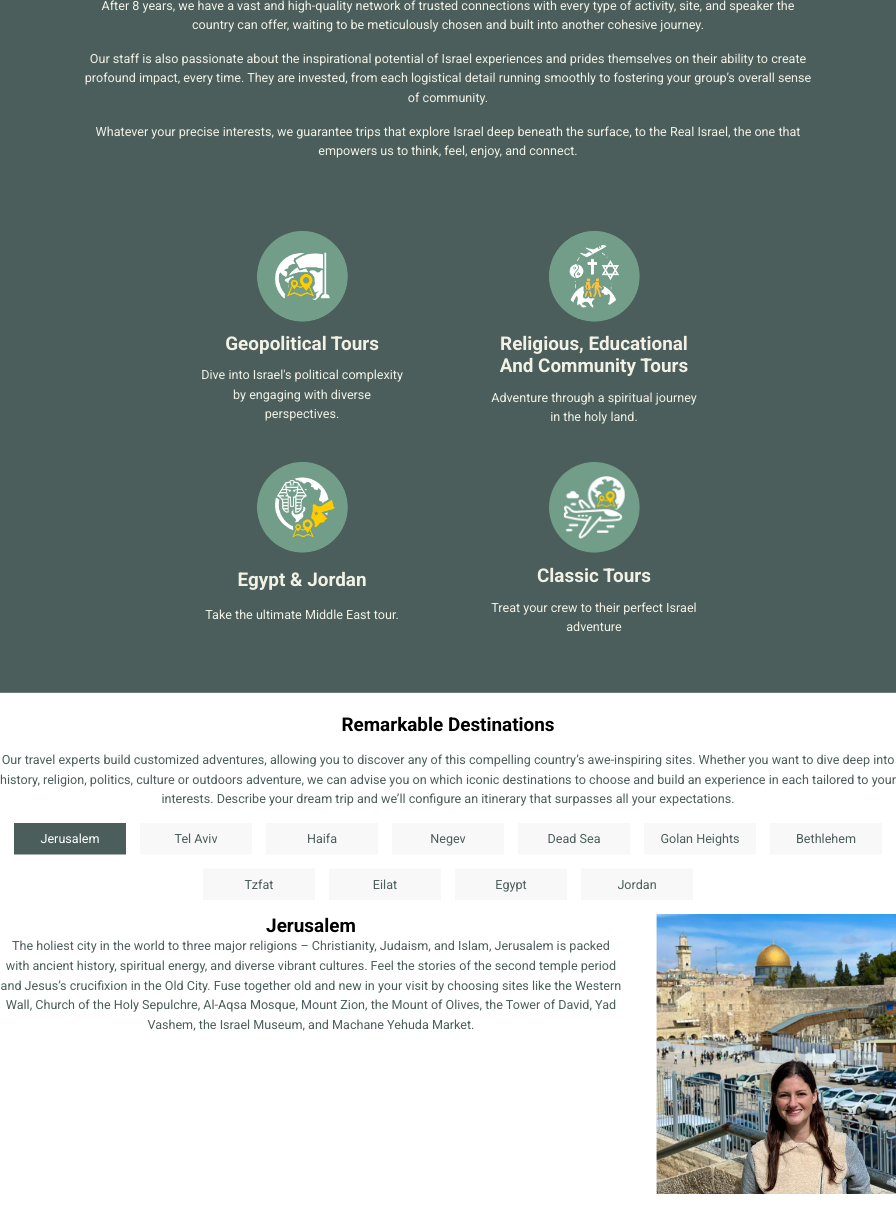
Repository: Pafestivo/realIsraelTours
Page: / (app in frontend/)
An editor plug-in stored every save of this project. The page is shown before and after a run of saves, followed by the edit.
The browser window is 1280 px wide. The pictures show the part of the page from y = 904 to 2824 px (the page is 2630 px tall before and 2824 px after), at 70% of full size.
The project was rebuilt for these pictures with package versions that can differ from the ones it lists, and the page was loaded fresh each time. The framework's server and built-in components were replaced by stand-ins that run in the browser. Also part of the build but not shown: frontend/next.config.js. Imported but missing from the stored project, and not drawn on this page: frontend/src/assets/videoBG.mp4.

Above is the page before, as saved 2023-09-20 17:22:52.

### frontend/src/app/layout.tsx
import type { Metadata } from "next";
import "@/styles/globals.css";
import { roboto } from "@/app/fonts";
import { config } from "@fortawesome/fontawesome-svg-core";
import "@fortawesome/fontawesome-svg-core/styles.css";
config.autoAddCss = false; // Tell Font Awesome to skip adding the CSS automatically since it's being imported above

export const metadata: Metadata = {
  title: "Real Israel Tours",
  description: "Plan your next tour",
};

export default function RootLayout({
  children,
}: {
  children: React.ReactNode;
}) {
  return (
    <html lang="en">
      <body className={roboto.className}>
        <div style={{ overflowX: "hidden" }}>{children}</div>
      </body>
    </html>
  );
}

### frontend/src/app/page.tsx
import Header from "@/components/Header";
import "@/styles/homePage.css";
import BackgroundVideo from "@/components/BackgroundVideo";
import ScrollArrow from "@/components/ScrollArrow";
import TripCard from "@/components/TripCard";
import geoPoliticalIcon from "@/assets/Geopolitical-icon.png";
import religious from "@/assets/Religious-and-educational.png";
import egpyt from "@/assets/Egypt-and-Jordan.png";
import classicTours from "@/assets/classic-tours.png";
import Destinations from "@/components/Destinations";

export default function Home() {
  return (
    <div>
      <Header currentlyActivePage="Home" />
      <div className="cta-div">
        <div className="content">
          <h1>Custom made Israeli adventures</h1>
          <button>
            <span></span>Start Your Journey
          </button>
          <ScrollArrow />
        </div>
        <BackgroundVideo />
      </div>
      <div className="pageContainer">
        <section className="whyTravelWithUs">
          <h1>Why Travel With Real Israel Tours?</h1>
          <p className="info-block">
            We craft experiences that speak to our participants. We are
            long-time hands-on professionals who thoroughly get to know our
            clients and dedicate ourselves optimizing each moment to
            specifically match its participants.
          </p>
          <p className="info-block">
            After 8 years, we have a vast and high-quality network of trusted
            connections with every type of activity, site, and speaker the
            country can offer, waiting to be meticulously chosen and built into
            another cohesive journey.
          </p>
          <p className="info-block">
            Our staff is also passionate about the inspirational potential of
            Israel experiences and prides themselves on their ability to create
            profound impact, every time. They are invested, from each logistical
            detail running smoothly to fostering your group’s overall sense of
            community.
          </p>
          <p className="info-block">
            Whatever your precise interests, we guarantee trips that explore
            Israel deep beneath the surface, to the Real Israel, the one that
            empowers us to think, feel, enjoy, and connect.
          </p>
        </section>

        <section className="tripTypes">
          <TripCard
            image={geoPoliticalIcon}
            tripName="Geopolitical Tours"
            tripDescription="Dive into Israel's political complexity by engaging with diverse perspectives."
          />

          <TripCard
            image={religious}
            tripName="Religious, Educational And Community Tours"
            tripDescription="Adventure through a spiritual journey in the holy land."
          />

          <TripCard
            image={egpyt}
            tripName="Egypt & Jordan"
            tripDescription="Take the ultimate Middle East tour."
          />

          <TripCard
            image={classicTours}
            tripName="Classic Tours"
            tripDescription="Treat your crew to their perfect Israel adventure"
          />
        </section>

        <section className="destinations">
          <Destinations />
        </section>
      </div>
    </div>
  );
}

### frontend/src/styles/globals.css
:root {
  --main-bg-color: #4b5e5b;
  --main-title-color: #F1F1E6;
  --main-text-color: #F1F1E6;
  --accent-orange: #ffc03f;
  --hover-accent-orange: #bd7e00;
}

* {
  padding: 0;
  margin: 0;
  box-sizing: border-box;
}

body {
  font-size: 18px;
  background-color: var(--main-bg-color);
  overflow-x: hidden;
}

p {
  line-height: 28px;
}

a {
  color: inherit;
  text-decoration: none;
}

section {
  margin: 30px 0;
  padding: 20px 120px;
  border: none;
}

.mobile-only {
  display: none;
}

.desktop-only {
  display: block;
}

.activated {
  color: var(--accent-orange);
}

@media screen and (max-width: 768px) {
  section {
    padding: 20px 10px;
  }

  .mobile-only {
    display: block;
  }

  .desktop-only {
    display: none;
  }
}

### frontend/src/app/fonts.tsx
import { Inter, Merriweather, Roboto } from "next/font/google";

export const inter = Inter({ subsets: ["latin"] });

export const merriweather = Merriweather({
  weight: ["400", "700"],
  style: ["normal", "italic"],
  subsets: ["latin"],
  display: "swap",
});

export const roboto = Roboto({
  weight: ["400", "700"],
  style: ["normal", "italic"],
  subsets: ["latin"],
  display: "swap",
});

// export const Mooli = Mooli({
//   weight: ["400", "700"],
//   style: ["normal", "italic"],
//   subsets: ["latin"],
//   display: "swap",
// });

### frontend/src/components/Header.tsx
"use client";
import React, { useEffect, useState } from "react";
import Image from "next/image";
import logo from "@/assets/logo.png";
import "@/styles/header.css";
import Link from "next/link";

interface HeaderProps {
  currentlyActivePage: string;
}

const Header = ({ currentlyActivePage }: HeaderProps) => {
  const [isMenuOpen, setMenuOpen] = useState(false);
  const [isScrolled, setIsScrolled] = useState(false);

  const toggleMenu = () => {
    setMenuOpen(!isMenuOpen);
  };

  useEffect(() => {
    const handleScroll = () => {
      setIsScrolled(window.scrollY > 100);
    };

    window.addEventListener("scroll", handleScroll);

    return () => {
      window.removeEventListener("scroll", handleScroll);
    };
  }, []);

  return (
    <div className={`header ${isScrolled ? "" : "transparent"}`}>
      <Link href="/">
        <Image className="headerLogo" src={logo} alt="logo" />
      </Link>
      <div className={`navbar ${isMenuOpen ? "open" : ""}`}>
        <button onClick={toggleMenu} className="close-button">
          ✕
        </button>{" "}
        <Link
          className={currentlyActivePage === "Home" ? "activated" : ""}
          href="/"
        >
          Home
        </Link>
        <Link
          className={currentlyActivePage === "Tours" ? "activated" : ""}
          href="/"
        >
          Tours
        </Link>
        <Link
          className={currentlyActivePage === "Gallery" ? "activated" : ""}
          href="/"
        >
          Gallery
        </Link>
        <Link
          className={currentlyActivePage === "AboutUs" ? "activated" : ""}
          href="/"
        >
          About Us
        </Link>
        <Link
          className={currentlyActivePage === "ContactUs" ? "activated" : ""}
          href="/"
        >
          Contact Us
        </Link>
        <hr className="mobile-only" />
        <p className="mobile-only">+972 52 335 5687</p>
        <p className="mobile-only">Elad@realisraeltours.com</p>
        <button className="inquire mobile-only">Inquire Now</button>
      </div>
      <button onClick={toggleMenu} className="hamburger">
        ☰
      </button>
      <button className="inquire desktop-only">Inquire Now</button>
    </div>
  );
};

export default Header;

### frontend/src/styles/homePage.css
.pageContainer {
  display: flex;
  flex-direction: column;
  justify-content: center;
  margin: 0 auto;
  padding: 0;
  max-width: 1450px;
  text-align: center;
  color: var(--main-text-color);
}

.cta-div {
  height: 100vh;
  width: 100vw;
  display: flex;
  justify-content: center;
  align-items: center;
}

.content {
  position: absolute;
  display: flex;
  flex-direction: column;
  justify-content: center;
  align-items: center;
  padding: 40px 0;
  width: 100vw;
  height: 100vh;
  background-color: rgba(0, 0, 0, 0.3);
  row-gap: 40px;
  overflow-x: hidden;
  text-align: center;
}

.content h1 {
  font-size: 5em;
}

.content button {
  font-size: 1.4em;
  padding: 14px 40px;
  border-radius: 5px;
  z-index: 1;
  position: relative;
  overflow: hidden;
}

/* an hover effect for two arrows and then rectangle */
.content button::before {
  content: "";
  position: absolute;
  top: 0;
  left: -100%;
  width: 50%;
  height: 100%;
  background-color: var(--hover-accent-orange);
  transition: all 0.5s ease-in-out;
  z-index: -1;
  clip-path: polygon(0% 0%, 100% 50%, 0% 100%);
}

.content button span {
  content: "";
  position: absolute;
  top: 0;
  left: -200%;
  width: 50%;
  height: 100%;
  background-color: var(--hover-accent-orange);
  transition: all 0.5s ease-in-out 0.16s;
  z-index: -1;
  clip-path: polygon(0% 0%, 100% 50%, 0% 100%);
}

.content button::after {
  content: "";
  position: absolute;
  top: 0;
  left: -300%;
  width: 100%;
  height: 100%;
  background-color: var(--hover-accent-orange);
  transition: all 0.5s ease-in-out 0.22s;
  z-index: -1;
}

.content button:hover::before {
  left: 100%;
}

.content button:hover span {
  left: 100%;
}

.content button:hover::after {
  left: 0;
}

.content button:hover {
  color: white;
}
/* end of arrows effect */


.content .arrow-down {
  position: absolute;
  color: var(--accent-orange);
  font-size: 3em;
  bottom: 20px;
}

h1 {
  color: var(--main-title-color);
}

.whyTravelWithUs {
  display: flex;
  flex-direction: column;
  row-gap: 20px;
}

.tripTypes {
  display: grid;
  grid-template-columns: 1fr 1fr;
  width: 80%;
  align-self: center;
  row-gap: 80px;
  column-gap: 50px;
  justify-content: center;
  align-items: center;
  place-items: center;
}

.destinations {
  background-color: white;
  width: 100vw;
  margin-bottom: 0;
  padding-top: 30px;
}

@media screen and (max-width: 768px) {
  .content h1 {
    font-size: 3em;
  }

  .content .arrow-down {
    font-size: 1.3em;
  }

  .tripTypes {
    grid-template-columns: 1fr;
  }

  .destinations {
    padding: 50px 20px;
  }
}

@media screen and (min-width: 1440px) {
  .tripTypes {
    width: 130%;
    grid-template-columns: 1fr 1fr 1fr 1fr;
    overflow-x: visible;
  }
}

### frontend/src/components/BackgroundVideo.tsx
import videoBG from "@/assets/videoBG.mp4";
import "@/styles/backgroundVideo.css";

export default function BackgroundVideo() {
  return (
    <video autoPlay muted loop>
      <source className="background-video" src={videoBG} type="video/mp4" />
    </video>
  );
}

### frontend/src/components/ScrollArrow.tsx
"use client";
import React, { useState, useEffect } from "react";
import { FontAwesomeIcon } from "@fortawesome/react-fontawesome";
import { faArrowDown } from "@fortawesome/free-solid-svg-icons";

const ScrollArrow = () => {
  const [showArrow, setShowArrow] = useState(true); // State to control arrow visibility

  useEffect(() => {
    // Function to handle scroll event
    const handleScroll = () => {
      if (window.scrollY > 0 && showArrow) {
        setShowArrow(false); // Hide the arrow if the user starts scrolling
      }
    };

    // Attach the scroll event listener
    window.addEventListener("scroll", handleScroll);

    // Cleanup: remove the event listener when the component unmounts
    return () => {
      window.removeEventListener("scroll", handleScroll);
    };
  }, [showArrow]); // Re-run the effect if showArrow changes

  return showArrow ? (
    <FontAwesomeIcon className="arrow-down" icon={faArrowDown} bounce />
  ) : null;
};

export default ScrollArrow;

### frontend/src/components/TripCard.tsx
import Image, { StaticImageData } from "next/image";
import React from "react";
import "@/styles/tripCard.css";

interface tripCardProps {
  image: StaticImageData;
  tripName: string;
  tripDescription: string;
}

const TripCard = ({ image, tripName, tripDescription }: tripCardProps) => {
  return (
    <div className="tripCard">
      <Image className="tripIcon" src={image} alt="tripIcon" />
      <h2>{tripName}</h2>
      <p>{tripDescription}</p>
    </div>
  );
};

export default TripCard;

### frontend/src/components/Destinations.tsx
"use client";
import React, { useState } from "react";
import "@/styles/destinations.css";
import { DestinationsArray } from "@/app/utils/types";
import { destinationsArray } from "@/app/utils/DestinationsArray";
import Image from "next/image";

const Destinations = () => {
  const [activeTab, setActiveTab] = useState(destinationsArray[0]);

  return (
    <div className="destinations-div">
      <h1>Remarkable Destinations</h1>
      <p>
        Our travel experts build customized adventures, allowing you to discover
        any of this compelling country’s awe-inspiring sites. Whether you want
        to dive deep into history, religion, politics, culture or outdoors
        adventure, we can advise you on which iconic destinations to choose and
        build an experience in each tailored to your interests. Describe your
        dream trip and we’ll configure an itinerary that surpasses all your
        expectations.
      </p>
      <div className="destinations-options">
        {/* Renders a list of destinations based on the array */}
        {destinationsArray.map((destination: DestinationsArray) => {
          return (
            <div
              className={activeTab === destination ? "activeTab" : ""}
              onClick={() => setActiveTab(destination)}
            >
              {destination.name}
            </div>
          );
        })}
      </div>
      <div className="Destination-info">
        <div>
          <h1>{activeTab.name}</h1>
          <p>{activeTab.description}</p>
        </div>
        <Image src={activeTab.image} alt={activeTab.name} />
      </div>
    </div>
  );
};

export default Destinations;

### frontend/src/styles/header.css
.header {
  position: absolute;
  width: 100vw;
  display: flex;
  justify-content: space-between;
  align-items: center;
  background-color: rgba(0, 0, 0, 0.3);
  transition: background-color 0.3s ease;
  padding: 20px 40px;
  z-index: 1000;
}

.header.transparent {
  background-color: rgba(0, 0, 0, 0.3);
}

.headerLogo {
  width: 200px;
  height: auto;
}

.navbar {
  display: flex;
  font-size: 1.1em;
  justify-content: space-around;
  align-items: center;
  column-gap: 20px;
  color: white;
}

button {
  background-color: var(--accent-orange);
  border: none;
  font-size: 1.15em;
  padding: 10px 20px;
  cursor: pointer;
  border-radius: 5px;
}

.hamburger {
  display: none;
}

.close-button {
  font-size: 1.5em;  /* Increase size for tap-ability */
  background: none;
  border: none;
  color: white;  /* Make it the same color as the text for harmony */
  cursor: pointer;
  position: absolute;  /* Absolute position within the navbar */
  top: 15px;  /* Position from the top */
  right: 15px;  /* Position from the right */
  padding: 5px;  /* A little padding to make it more tap-able */
  z-index: 10;  /* Just in case, to make it appear above all other items */
}

@media screen and (min-width: 769px) {
  .close-button {
    display: none;
  }
}

@media screen and (max-width: 768px) {
  .navbar {
    position: fixed;
    right: -120%;
    top: 0;
    bottom: 0;
    width: 100vw;
    font-size: 1.3em;
    flex-direction: column;
    background-color: rgba(255, 192, 63, 0.9);
    color: black;
    transition: right 0.3s ease-in-out;
    justify-content: flex-start;
    align-items: center;
    row-gap: 20px;
    padding: 110px 0; /* Reduced right/left padding */
    font-size: 1.4em; /* Increased font size for better readability */
    background-color: #333;  /* Darker background */
    color: white; /* Keep text color white for contrast */
    row-gap: 30px; /* Increased gap between rows for breathing space */
  }

  /* Adding a hover effect to indicate interactivity */
  .navbar a:hover,
  .navbar button:hover {
    color: var(--accent-orange); /* Add your own accent color */
  }

  .navbar.open {
    right: 0;
  }

  .hamburger {
    display: block;
  }
}

/* Media query for very large screens */
@media screen and (min-width: 1440px) {
  .navbar {
    font-size: 1.5em;
  }

  button {
    font-size: 1.5em;
  }
}

### frontend/src/styles/backgroundVideo.css
video {
  width: 100%;
  height: 100%;
  object-fit: cover;
}

### frontend/src/styles/tripCard.css
.tripCard {
  display: grid;
  grid-template-rows: 2fr 1fr 1fr;
  flex-direction: column;
  justify-content: center;
  align-items: center;
  place-items: center;
  row-gap: 15px;
  max-width: 300px;
  height: 250px;
  cursor: pointer;
  transition: all 0.2s ease-in-out;
}

.tripIcon {
  width: 130px;
  height: 130px;
  border-radius: 50%;
}

.tripCard:hover {
  transform: scale(1.1)
}

.tripCard p {
  align-self: flex-start;
}

.tripCard:hover h2,
.tripCard:hover p {
  color: var(--accent-orange);
}

### frontend/src/styles/destinations.css
.destinations-div {
  display: flex;
  flex-direction: column;
  justify-content: center;
  align-items: center;
  row-gap: 20px;
  justify-self: center;
  color: #4b5e5b;
  height: max-content;
}

.destinations-div h1 {
  color: black;
}

.destinations-options {
  display: flex;
  width: 100vw;
  flex-wrap: wrap;
  justify-content: center;
  align-items: center;
  gap: 20px;
}

.destinations-options > * {
  display: flex;
  justify-content: center;
  align-items: center;
  background-color: #f8f8f8;
  width: 160px;
  height: 45px;
  transition: all 0.2s ease-in-out;
  cursor: pointer;
}

.destinations-options > *:hover {
  background-color: #719e8b;
  color: white;
}

.activeTab {
  background-color: #4b5e5b;
  color: white;
}

.activeTab:hover {
  background-color: #4b5e5b;
  color: white;
  cursor: default;
}

.Destination-info {
  width: 100%;
  display: flex;
  gap: 50px;

}

.Destination-info img {
  width: 400px;
  height: 400px;
}

Loaded but not shown: frontend/src/app/utils/DestinationsArray.tsx (80 lines, source omitted)

After the next 2 saves:
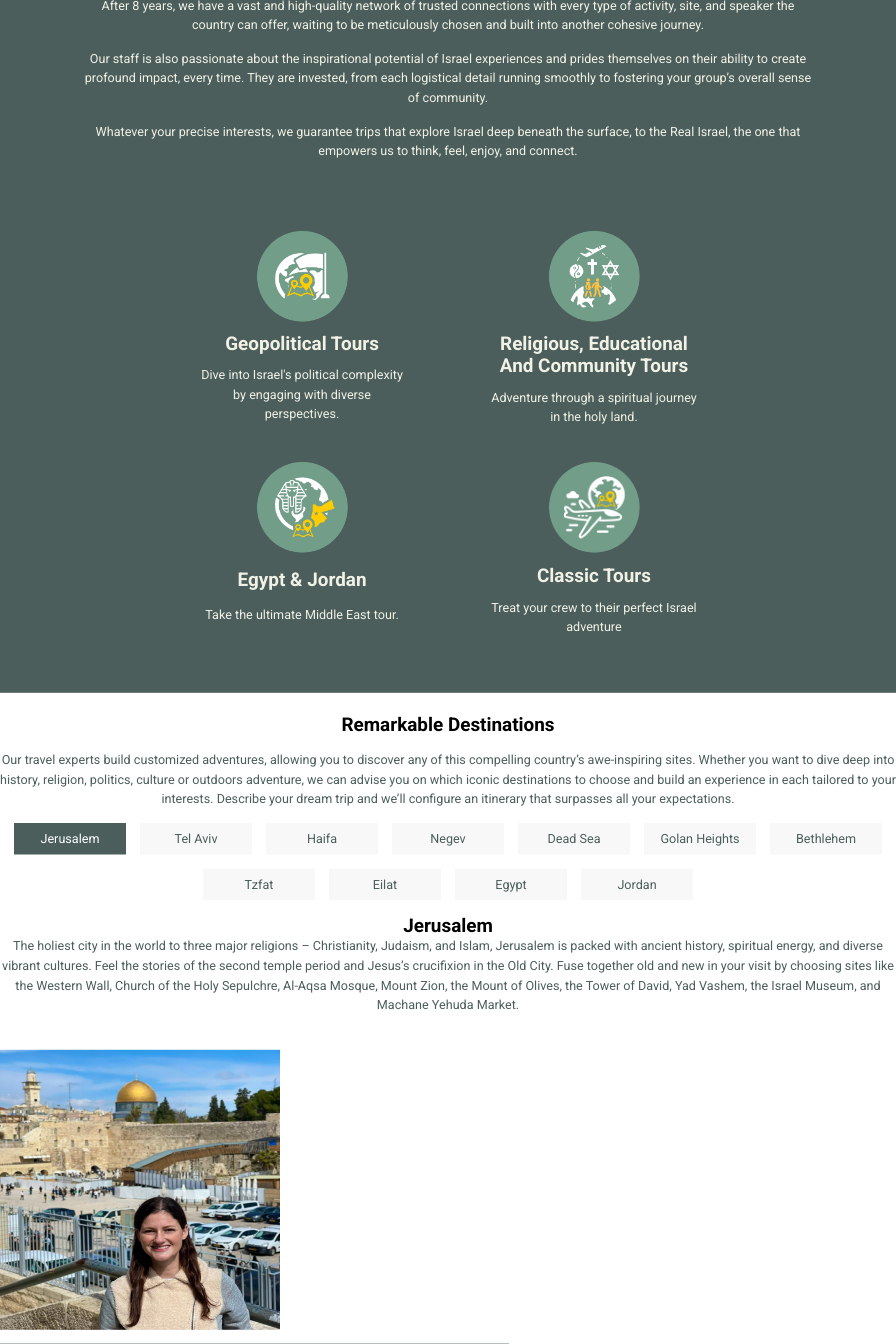
The 2 saves are shown as one change because they came seconds apart.
The last was saved 20 s later.
--- a/frontend/src/styles/destinations.css
+++ b/frontend/src/styles/destinations.css
@@ -50,8 +50,7 @@
 }
 
 .Destination-info {
-  width: 100%;
-  display: flex;
+  display: grid;
   gap: 50px;
 
 }
